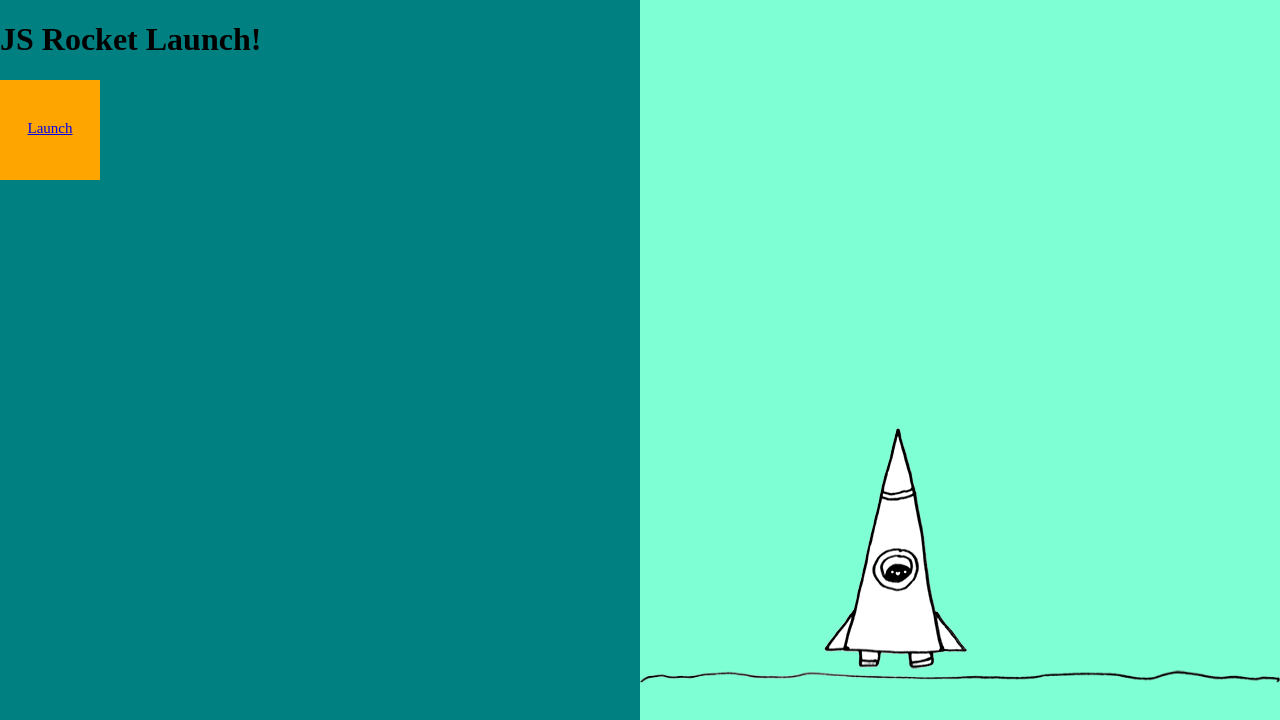
Repository: alcarrizo/Rocket-launch
Page: index.html
The author's editor kept a copy of each file at every save. The page is drawn from the files as they stood at one save, then again after the next save.
The browser window is 1280 px wide. The pictures show the whole page.

Above is the page before, as saved 2022-10-20 16:15:20.

### index.html
<!DOCTYPE html>
<html lang="en">
<head>
    <meta charset="UTF-8">
    <meta http-equiv="X-UA-Compatible" content="IE=edge">
    <meta name="viewport" content="width=device-width, initial-scale=1.0">
    <title>Rocket Launch sequence</title>
    <script type="text/javascript" src="js/script.js"> </script>
    <link rel="stylesheet" href="css/style.css">
</head>
<body class="body-state1" id="body">
    <div class="left">
        <div class="state1">
            <h1>JS Rocket Launch!</h1>
            <a href="#" class="button" onclick="changeState(2);">Launch</a>
        </div>
        <div class="state2">
            <h1 class="countdown" id="countdown">10</h1>
            <a href="#" class="button" onclick="changeState(1);">Abort</a>
        </div>
        <div class="state3">
            <h1>Lift Off!</h1>
        </div>
        <div class="state4">
            <h1>Well done!</h1>
            <a href="#" class="button" onclick="changeState(1);">Do it again</a>
        </div>
        <div class="state5">
            <h1>Oh No!!!!</h1>
            <a href="#" class="button" onclick="changeState(1);">Try Again!</a>
        </div>
    </div>

    <div class="right">
        <div class="rocket" id="rocket"></div>
        <div class="ground"></div>
    </div>
</body>
</html>

### js/script.js
/*var countDown = function (i) {
    console.log(i)
    setTimeout(function () {
        i--
        document.getElementById("countdown").innerHTML = i;
        if (document.getElementById('body').className != 'body-state1') {
            if (i > 0) {
                countDown(i)
            }
            else {
                changeState(3)
            }
        }

    }, 1000)
}*/
var timer = null;
var CountDownNum = 10;
var changeState = function (state) {
    document.body.className = 'body-state' + state;
    clearInterval(timer);
    if (state != 2 && document.getElementById('countdown').innerHTML != 10) {
        CountDownNum = 10;
        document.getElementById('countdown').innerHTML = CountDownNum;
    }
    if (state == 2) {
        timer = setInterval(() => {
            CountDownNum -= 1;
            document.getElementById('countdown').innerHTML = CountDownNum;

            if (CountDownNum <= 0) {
                changeState(3);

            }
        }, 200);
    }
    else if (state == 3) {
        var success = setTimeout(() => {
            var randomNum = Math.round(Math.random() * 10)
            //success
            console.log('random number: ' + randomNum)
            if (randomNum > 5) {
                changeState(4)
            }
            else {
                //fail
                changeState(5)
            }

        }, 2000);
    }
    // if (state == 1) {
    //     document.body.className = 'body-state1'
    // }
    // else if (state == 2) {
    //     document.body.className = 'body-state2'
    //     countDown(10)
    //     // for (let i = 10; i >= 0; i--) {
    //     //     setTimeout()
    //     //     document.getElementById("countdown").innerHTML = i;
    //     // }
    // }
    // else if (state == 3) {
    //     document.body.className = 'body-state3'
    //     document.getElementById('rocket').className = 'rocket flying';
    // }
    // else if (state == 4) {
    //     document.body.className = 'body-state4'
    // }
    // else {
    //     document.body.className = 'body-state5'
    // }
    // for (let i = 10; i >= 0; i--) {
    //     bdy.content = i;
    // }
    //document.getElementById('rocket').className = 'rocket flying';
}

### css/style.css
body {
    position: relative;
}

.left {
    position: fixed;
    box-sizing: border-box;
    width: 50%;
    height: 100%;
    top: 0;
    left: 0;
    background-color: teal;
}

.right {
    position: fixed;
    box-sizing: border-box;
    width: 50%;
    height: 100%;
    top: 0;
    right: 0;
    background-color: aquamarine;
}

.rocket {
    position: absolute;
    left: 50%;
    bottom: 20px;
    width: 143px;
    height: 272px;
    background-color: blue;
    transition: bottom 10s;
    margin-left: -136px;

}

.body-state1 .rocket {
    transition: none;
    background: url("../img/rocket-state1.png") no-repeat 0 0;
    background-size: 100%;

}


.body-state2 .rocket {

    background: url("../img/rocket-state2.gif") no-repeat 0 0;
    background-size: 100%;
}

.body-state3 .rocket,
.body-state4 .rocket {
    bottom: 1000px;
    background: url("../img/rocket-state3.gif") no-repeat 0 0;
    background-size: 100%;
}

.body-state5 .rocket {
    width: 209px;
    height: 200px;
    background: url("../img/boom.png") no-repeat 0 0;
    background-size: 100%;
}

.ground {
    position: absolute;
    bottom: 0;
    left: 0;
    background: url("../img/ground.png") no-repeat 0 0;
    background-size: 100%;
    width: 100%;
    height: 50px;

}

/* .ground {
    background-color: green;
    position: absolute;
    bottom: 0;
    left: 0;
    width: 100%;
    height: 20px;
} */

a {}

a.button {
    display: block;
    box-sizing: border-box;
    text-align: center;
    padding-top: 40px;
    height: 100px;
    width: 100px;
    font-size: 15px;
    background-color: orange;

}

.state1,
.state2,
.state3,
.state4,
.state5 {
    display: none;
}

body.body-state1 .state1 {
    display: block;
}

body.body-state2 .state2 {
    display: block;
}

body.body-state3 .state3 {
    display: block;
}

body.body-state4 .state4 {
    display: block;
}

body.body-state5 .state5 {
    display: block;
}

After the next save:
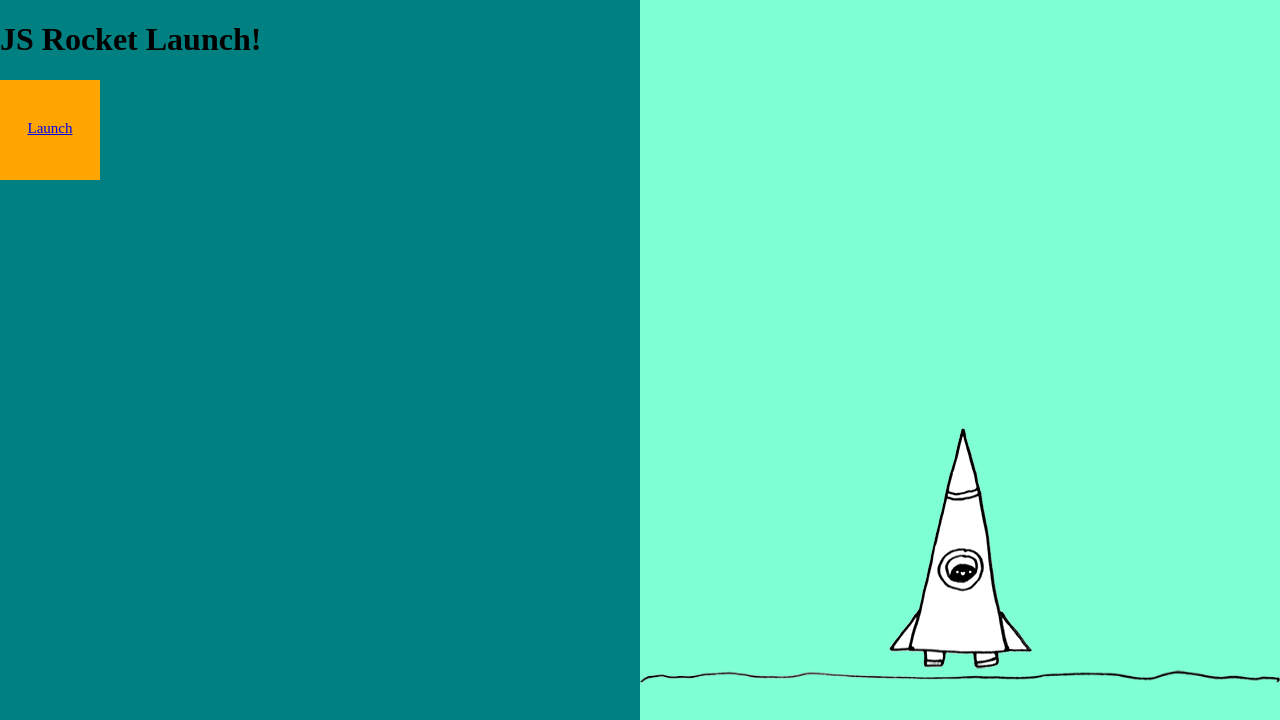
Saved 19 s later.
--- a/css/style.css
+++ b/css/style.css
@@ -30,7 +30,7 @@ body {
     height: 272px;
     background-color: blue;
     transition: bottom 10s;
-    margin-left: -136px;
+    margin-left: -71px;
 
 }
 
